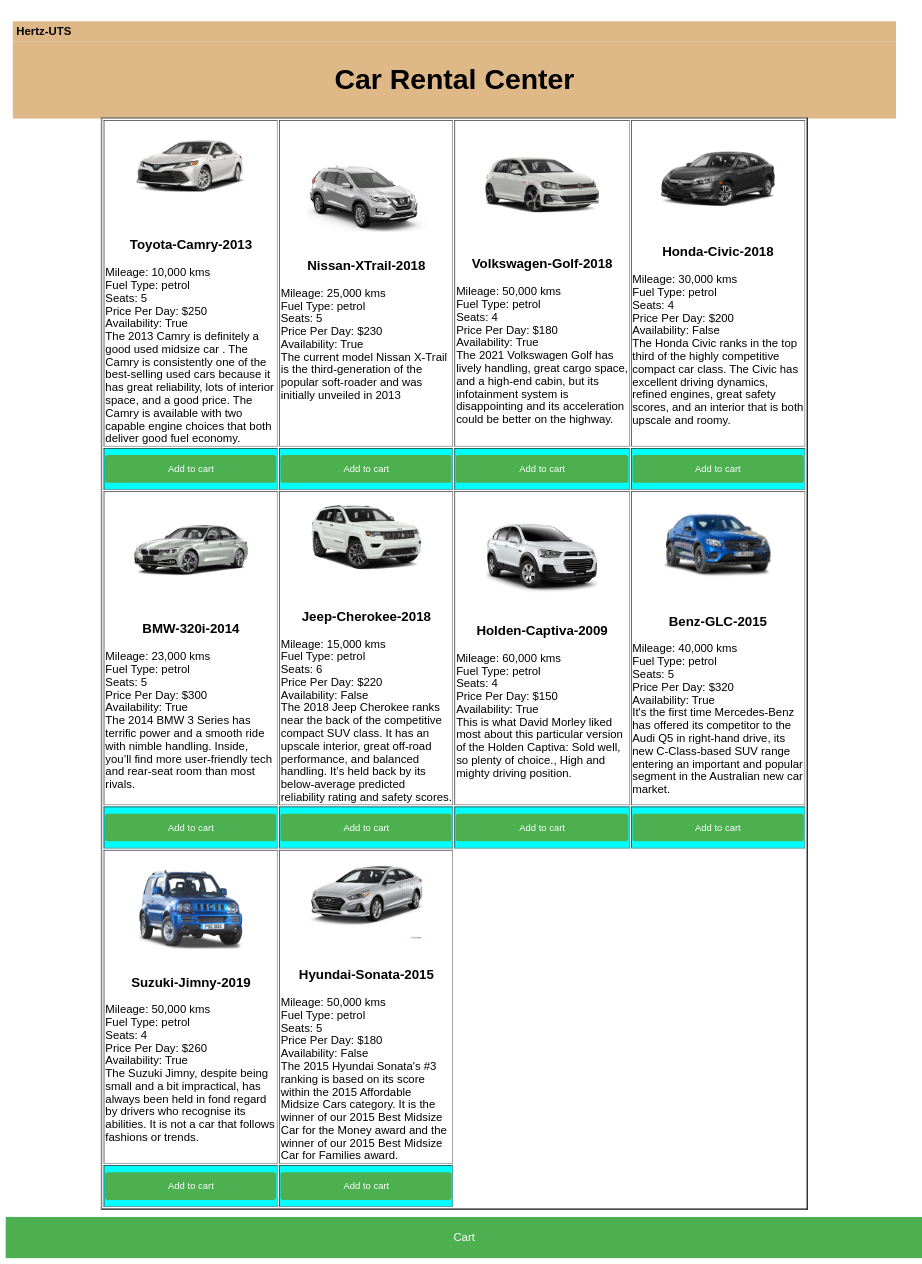
Repository: ThawZin-Raymond/31748-POTI-Car-Rental-System
Page: http://localhost/
The author's editor kept a record of every edit. The page is drawn from the files as they stood at one moment, then again after the next edit.
The browser window is 1280 px wide. The page is 1299 px wide, so the pictures cover 1299 px, including what lies to the right of the window. The pictures show the whole page, at 71% of full size.
The page is run by PHP 8.4 with error messages shown; the project is at /var/www/html/.

Above is the page before.

After the next edit:
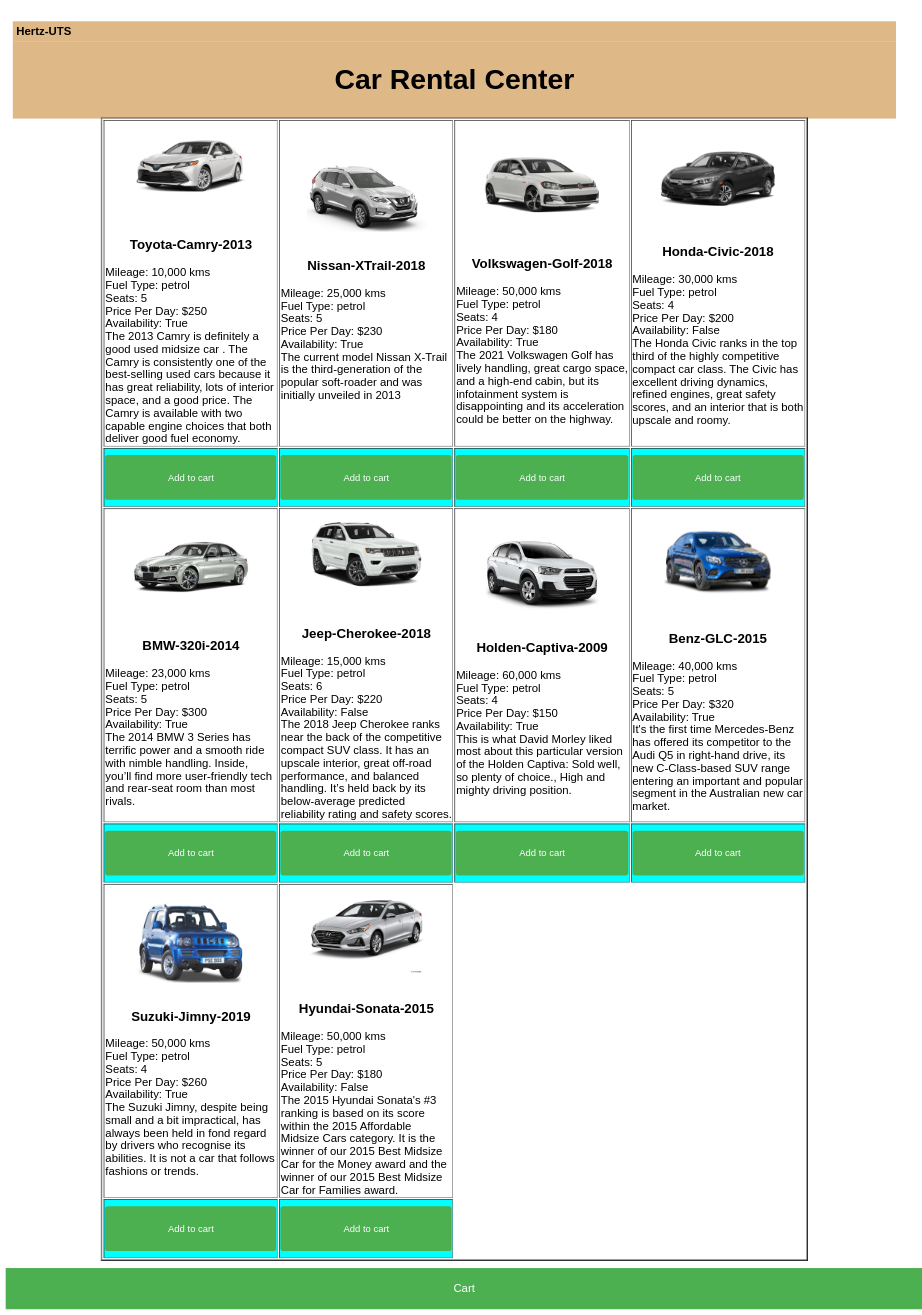
The edit:
--- a/mystyle.css
+++ b/mystyle.css
@@ -47,7 +47,7 @@
     width: 100%;
     background-color: #4CAF50;
     color: white;
-    padding: 12px 24px;
+    padding: 24px 24px;
     margin: 8px 0;
     border: none;
     border-radius: 4px;
